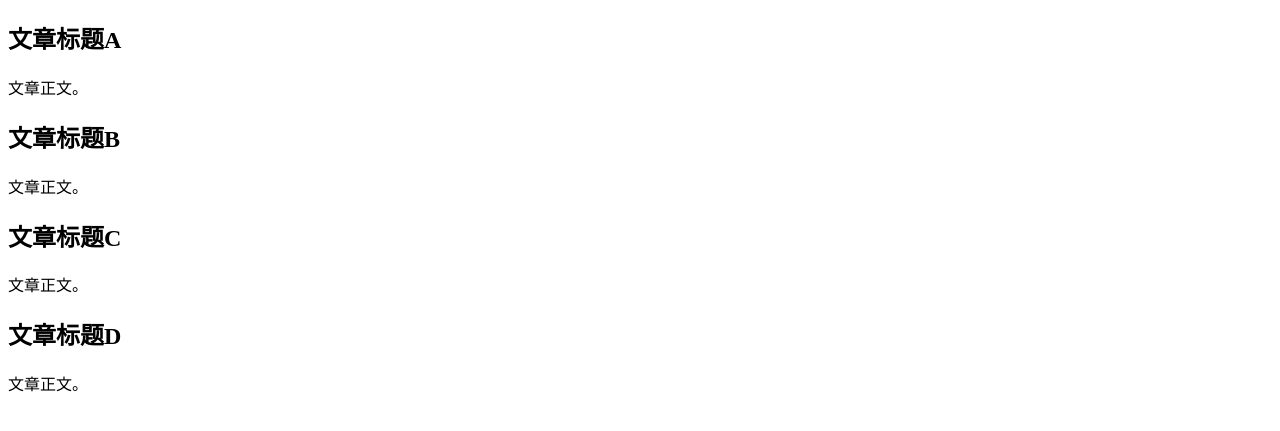
Repository: zdsherlock/HtmlCssLearn
Page: CSS/test-attSelect/index4.html
An editor plug-in stored every save of this project. The page is shown before and after the next save, followed by the edit.
The browser window is 1280 px wide. The pictures show the whole page.

Above is the page before, as saved 2021-05-07 20:17:17.

After the next save:
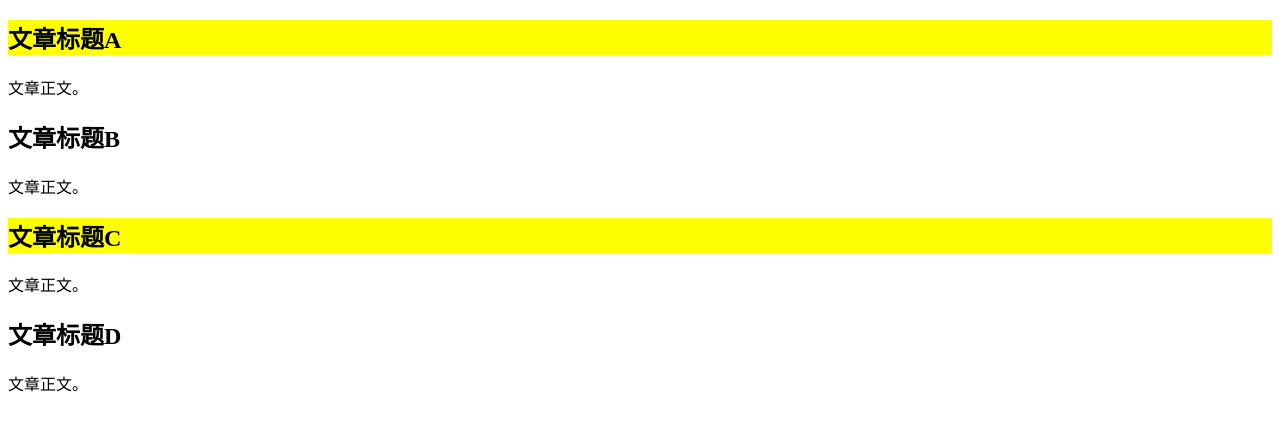
Saved 9 s later.
--- a/CSS/test-attSelect/index4.html
+++ b/CSS/test-attSelect/index4.html
@@ -6,7 +6,7 @@
     <meta name="viewport" content="width=device-width, initial-scale=1.0">
     <title>Document</title>
     <style>
-        h2: nth-of-type(odd){
+        h2:nth-of-type(odd){
             background-color: yellow;
         }
     </style>
